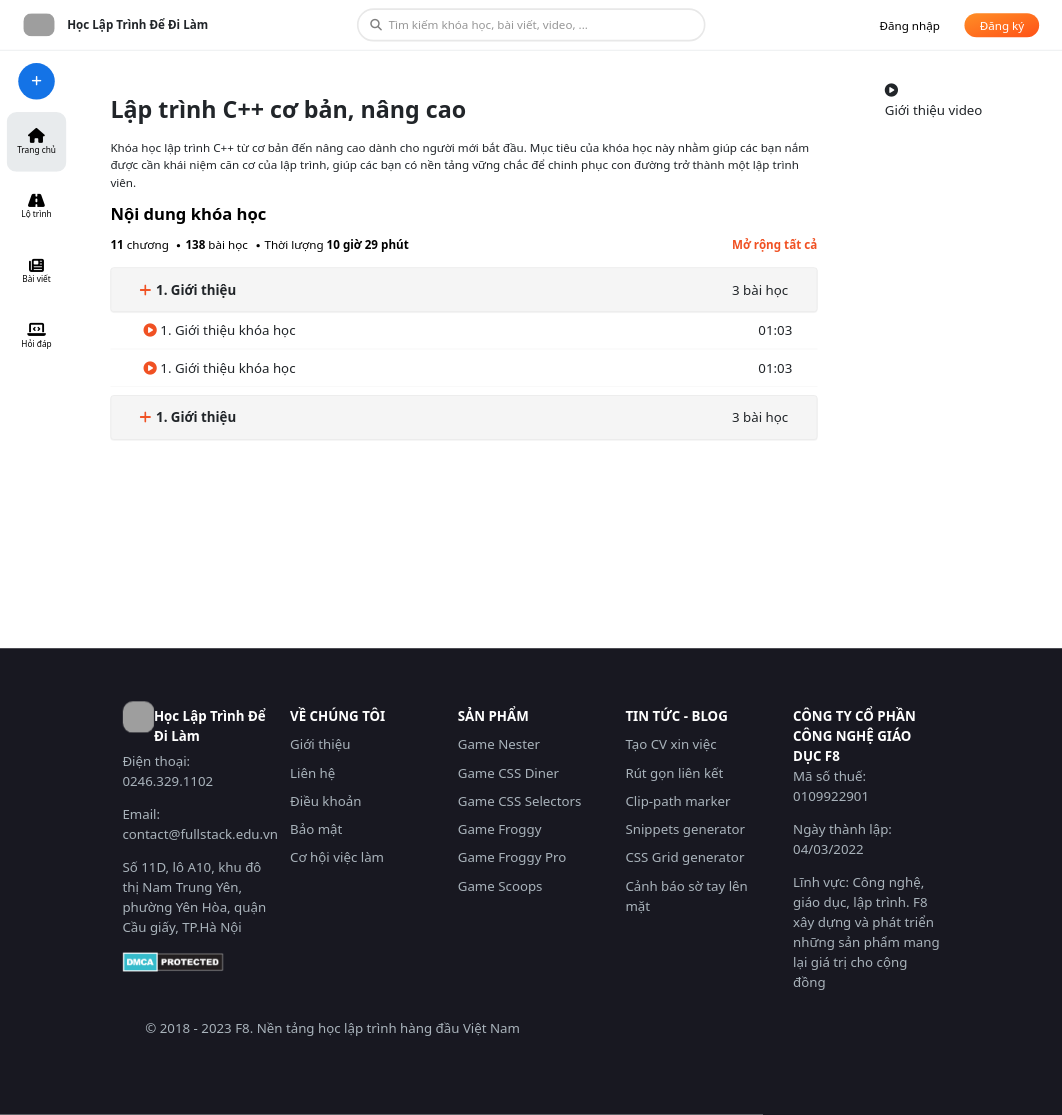
Repository: Quoc-Thang/projectasm
Page: introcourse.html
These files come from the project's save history. The page is drawn as it stood at one moment and after the next save; the edit follows.
The browser window is 1280 px wide. The pictures show the whole page, at 83% of full size.
Pictures or frames that could not be fetched are drawn as grey boxes. Some web libraries are served in a nearby version.

Above is the page before, as saved 2023-11-30 22:21:52.

After the next save:
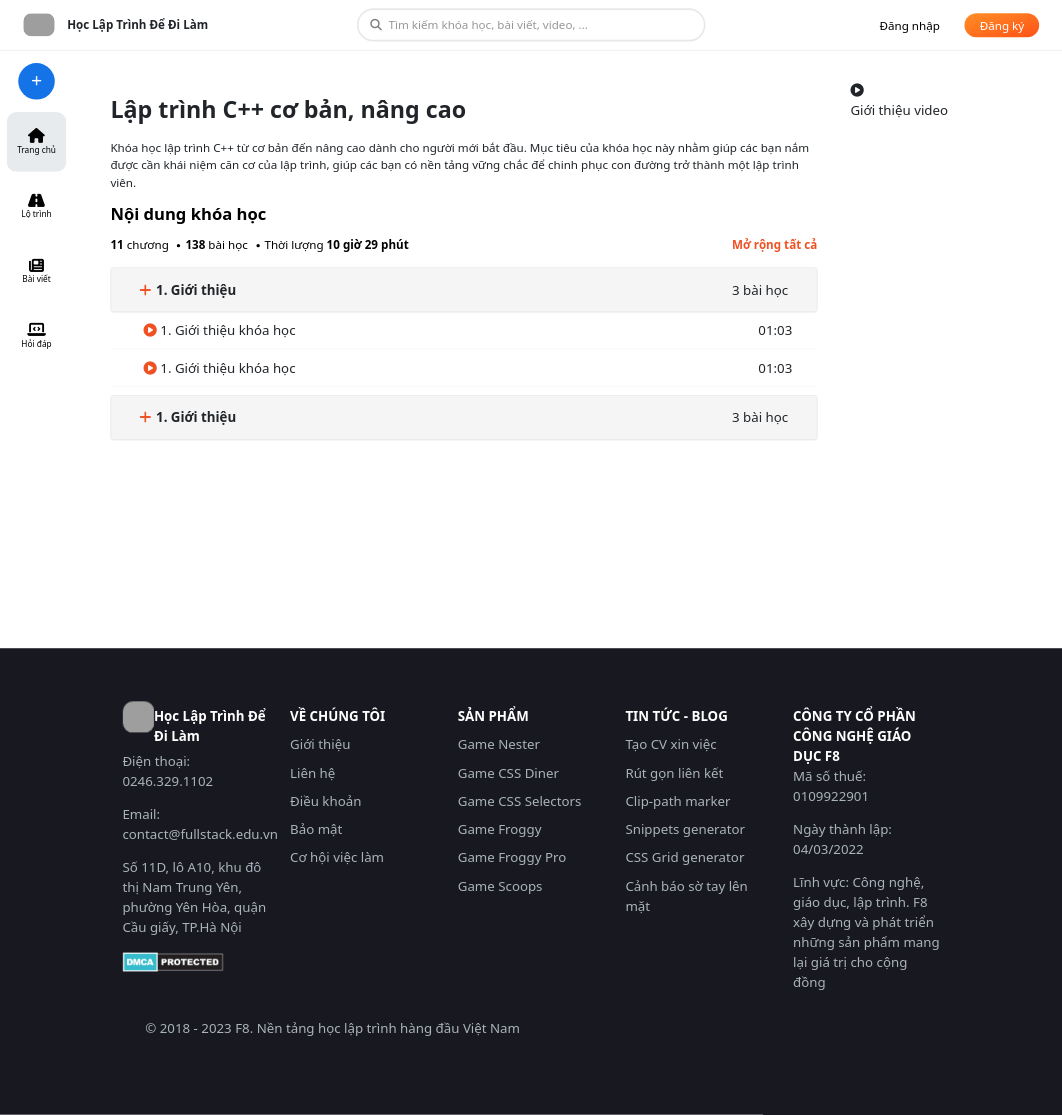
Saved 31 s later.
--- a/view/assets/css/introcourse.css
+++ b/view/assets/css/introcourse.css
@@ -143,3 +143,7 @@
   display: flex;
   justify-content: center;
 }
+
+.first-intro-video-course {
+  width: calc(100% - 20px);
+}
